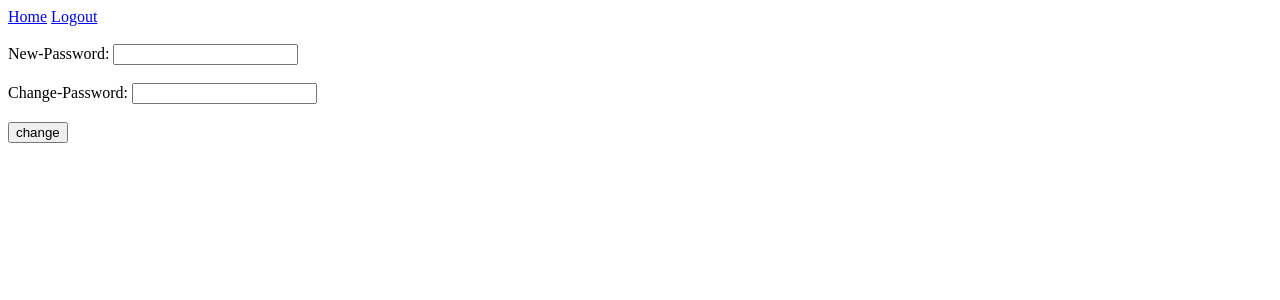
Repository: pawankumarsharm/UST_JDBC_SERVLET
Page: jdbc/empwebapp/WebContent/changepassword.html
These files come from the project's save history. The page is drawn as it stood at one moment and after the next save; the edit follows.
The browser window is 1280 px wide. The pictures show the whole page.

Above is the page before, as saved 2019-11-15 08:48:56.

After the next save:
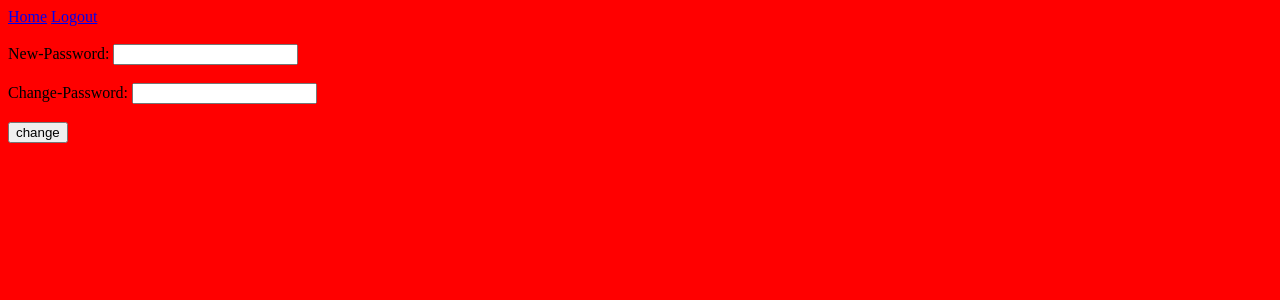
Saved 69 s later.
--- a/jdbc/empwebapp/WebContent/changepassword.html
+++ b/jdbc/empwebapp/WebContent/changepassword.html
@@ -4,7 +4,7 @@
 <meta charset="ISO-8859-1">
 <title>Insert title here</title>
 </head>
-<body>
+<body bgcolor="red">
 <form action="">
 		<a href="#">Home</a>  <a href="#"&nbsp>Logout</a><br><br>
 		New-Password: <input name="password" type="text"><br><br>
